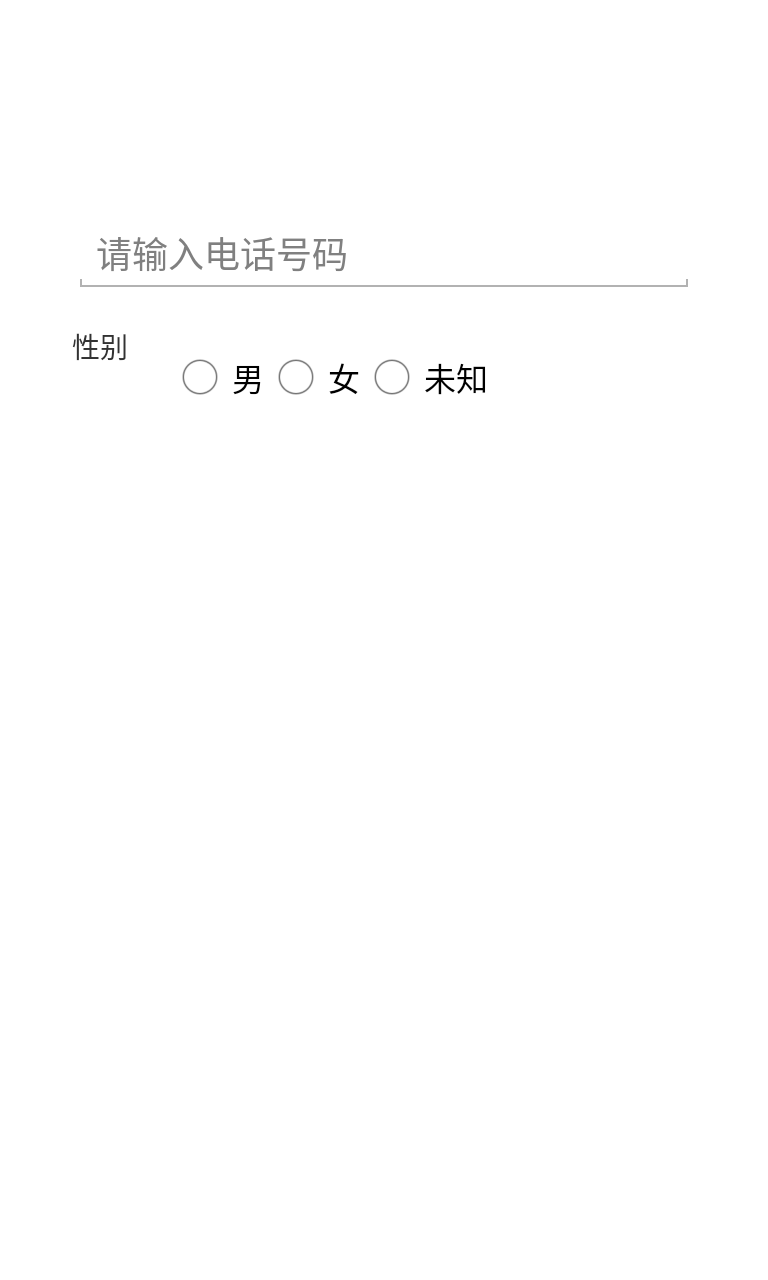
Repository: sonyi/androidClass
Layout: day04/PhoneDemo/res/layout/activity_main.xml
These files come from the project's save history. The layout is drawn as it stood at one moment and after the next save; the edit follows.
It is drawn on a 768 x 1280 px phone screen (xhdpi) without system bars, with theme AppTheme; the app's code is not run.

Above is the layout before, as saved 2014-05-29 09:49:22.

### day04/PhoneDemo/res/layout/activity_main.xml
<RelativeLayout xmlns:android="http://schemas.android.com/apk/res/android"
    xmlns:tools="http://schemas.android.com/tools"
    android:layout_width="match_parent"
    android:layout_height="match_parent"
    android:orientation="vertical"
    android:paddingBottom="@dimen/activity_vertical_margin"
    android:paddingLeft="@dimen/activity_horizontal_margin"
    android:paddingRight="@dimen/activity_horizontal_margin"
    android:paddingTop="@dimen/activity_vertical_margin"
    tools:context=".MainActivity" >

    <Gallery
        android:id="@+id/gallery"
        android:layout_width="80dp"
        android:layout_height="80dp"
        android:layout_centerHorizontal="true" />

    <AutoCompleteTextView
        android:id="@+id/phone_number"
        android:layout_width="match_parent"
        android:layout_height="wrap_content"
        android:layout_below="@id/gallery"
        android:layout_marginLeft="20dp"
        android:layout_marginRight="20dp"
        android:layout_marginTop="10dp"
        android:hint="@string/ph_num_hider"
        android:inputType="phone"
        android:maxLength="11" />

    <TextView
        android:id="@+id/tv_sex"
        android:layout_width="wrap_content"
        android:layout_height="wrap_content"
         android:layout_marginTop="15dp"
        android:layout_marginLeft="20dp"
        android:layout_below="@id/phone_number"
        android:text="@string/sex" />

    <RadioGroup
        android:id="@+id/rg_sex"
        android:layout_width="match_parent"
        android:layout_height="wrap_content"
        android:layout_marginTop="10dp"
        android:layout_marginLeft="20dp"

        android:layout_toRightOf="@id/tv_sex"
        android:layout_alignTop="@id/tv_sex"
        android:orientation="horizontal" >

        <RadioButton
            android:id="@+id/rb_male"
            android:layout_width="wrap_content"
            android:layout_height="wrap_content"
            android:text="@string/male" />
        <RadioButton
            android:id="@+id/rb_female"
            android:layout_width="wrap_content"
            android:layout_height="wrap_content"
            android:text="@string/female" />

        <RadioButton
            android:id="@+id/rb_unknown"
            android:layout_width="wrap_content"
            android:layout_height="wrap_content"
            android:text="@string/unknown" />


    </RadioGroup>

</RelativeLayout>

### day04/PhoneDemo/res/values/strings.xml
<?xml version="1.0" encoding="utf-8"?>
<resources>

    <string name="app_name">电话号码输入界面</string>
    <string name="action_settings">Settings</string>
    <string name="ph_num_hider">请输入电话号码</string>
    <string name="sex">性别</string>
    <string name="male">男</string>
    <string name="female">女</string>
    <string name="unknown">未知</string>

</resources>

Loaded but not shown: day04/PhoneDemo/res/values/styles.xml (common file); day04/PhoneDemo/res/values-v11/styles.xml (common file); day04/PhoneDemo/res/values-v14/styles.xml (common file); day04/PhoneDemo/res/values/dimens.xml (common file)

After the next save:
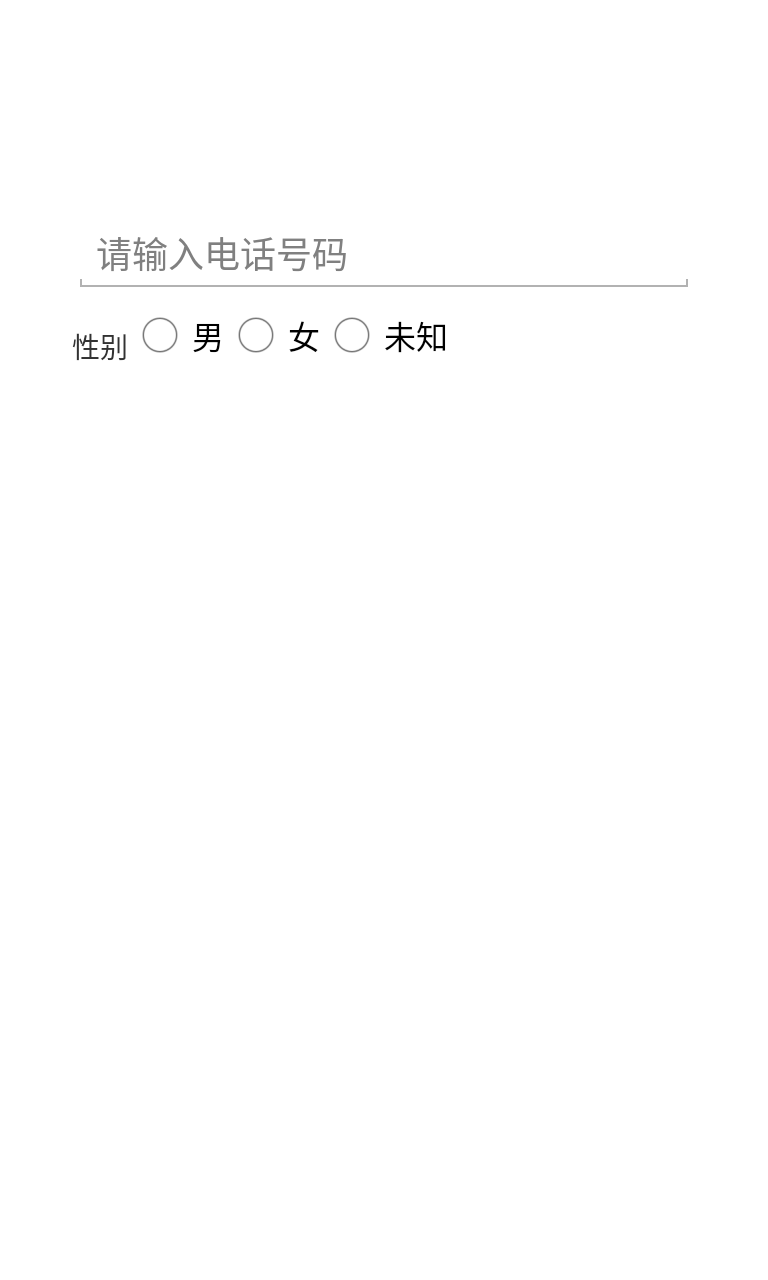
Saved 51 s later.
--- a/day04/PhoneDemo/res/layout/activity_main.xml
+++ b/day04/PhoneDemo/res/layout/activity_main.xml
@@ -40,11 +40,9 @@
         android:id="@+id/rg_sex"
         android:layout_width="match_parent"
         android:layout_height="wrap_content"
-        android:layout_marginTop="10dp"
-        android:layout_marginLeft="20dp"
 
         android:layout_toRightOf="@id/tv_sex"
-        android:layout_alignTop="@id/tv_sex"
+        android:layout_alignBottom="@id/tv_sex"
         android:orientation="horizontal" >
 
         <RadioButton
